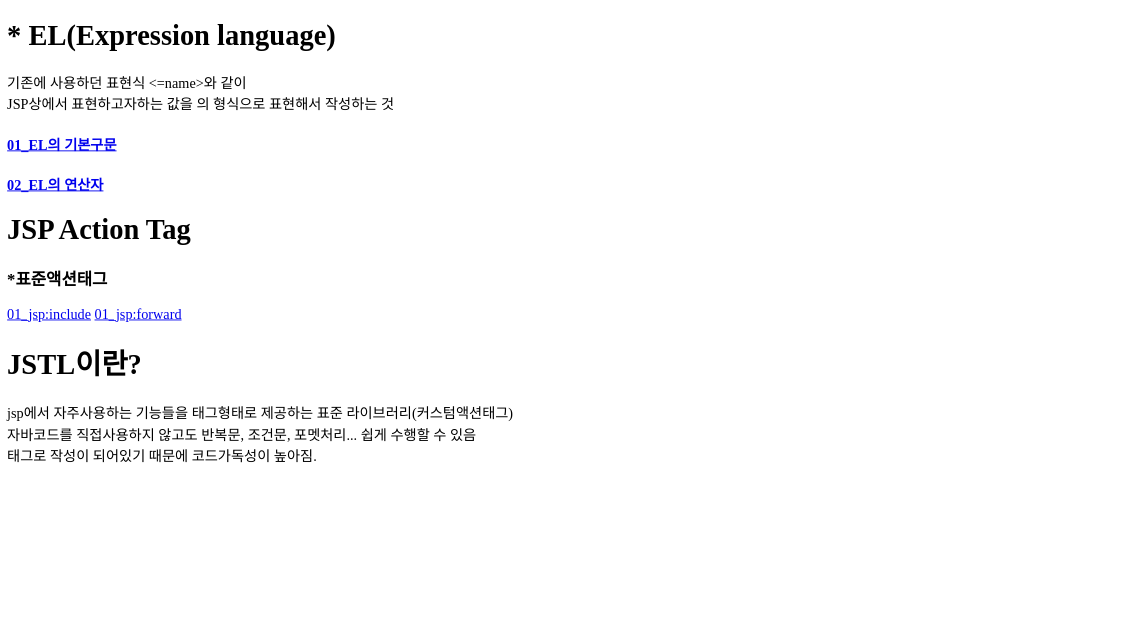
Repository: HwangInTae82/JSPProject
Page: http://localhost/elAction/
An editor plug-in stored every save of this project. The page is shown before and after the next save, followed by the edit.
The browser window is 1280 px wide. The pictures show the whole page, at 89% of full size.
The page is served by Tomcat 10. Other server files are loaded and not shown. The template is opened directly, without the code that normally fills it, so the values that code supplies are empty.

Above is the page before, as saved 2025-02-24 03:43:54.

### elAction/src/main/webapp/index.jsp
<%@ page language="java" contentType="text/html; charset=UTF-8"
    pageEncoding="UTF-8"%>
<!DOCTYPE html>
<html>
<head>
<meta charset="UTF-8">
<title>Insert title here</title>
</head>
<body>
    <h1>* EL(Expression language)</h1>

    <p>
        기존에 사용하던 표현식 &lt;=name&gt;와 같이 <br>
        JSP상에서 표현하고자하는 값을 ${name}의 형식으로 표현해서 작성하는 것
    </p>

    <h4><a href="el.do">01_EL의 기본구문</a></h4>
	<h4><a href="operation.do">02_EL의 연산자</a></h4>

    <h1>JSP Action Tag</h1>
    <%--
        *JSP를 이루는 구성
        1. 스크립팅 원소 : jsp페이지내에서 자바코드를 사용할 수 있는 기술
        ex) 스크립틀릿, 표현식...

        2. 지시어 : jsp페이지 정보에대한 내용을 표현한다거나 또 다른페이지를 포함할때 사용하던
                  jsp기능을 확장시키는 라이브러리를 등록할 때 사용

        3. 액션태그 : jsp페이지에서 어떤 동작을 하도록 지시하는 태그
                     xml기술을 이용하여 기존의 jsp문법을 확장하는 기술을 제공하는 태그
            >> 표준액션태그 : jsp페이지에서 바로 사용이 가능(별도의 연동이 필요x)
                    -> 모든 태그명 앞에 jsp: 접두어를 붙여서 사용 <jsp:태그명>
            >> 커스텀액션태그 : jsp페이지에 바로사용 불가능(별도의 라이브러리 연동이 필요)
                    -> 접두어에 jsp:이 아닌 모든 액션태그(가장많이 사용하는 라이브러리 jstl)
    --%>

    <h3>*표준액션태그</h3>
    <a href="views/2_standard_action_tag/01_include.jsp">01_jsp:include</a>
    <a href="views/2_standard_action_tag/02_forward.jsp">01_jsp:forward</a>

    <h1>JSTL이란?</h1>
    <p>
        jsp에서 자주사용하는 기능들을 태그형태로 제공하는 표준 라이브러리(커스텀액션태그) <br>
        자바코드를 직접사용하지 않고도 반복문, 조건문, 포멧처리... 쉽게 수행할 수 있음 <br>
        태그로 작성이 되어있기 때문에 코드가독성이 높아짐.
    </p>
</body>
</html>

After the next save:
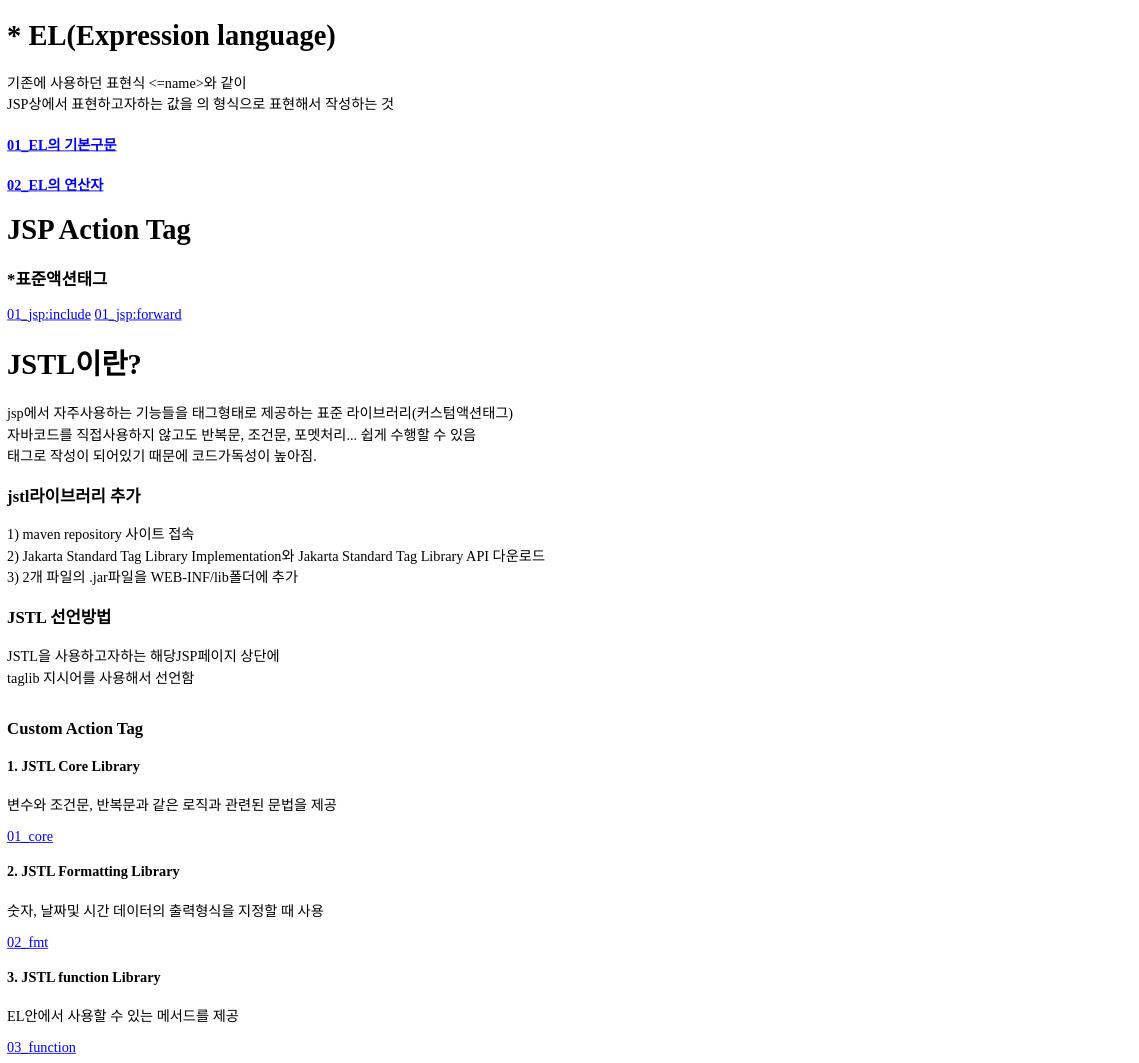
Saved 86 min 49 s later.
--- a/elAction/src/main/webapp/index.jsp
+++ b/elAction/src/main/webapp/index.jsp
@@ -44,5 +44,31 @@
         자바코드를 직접사용하지 않고도 반복문, 조건문, 포멧처리... 쉽게 수행할 수 있음 <br>
         태그로 작성이 되어있기 때문에 코드가독성이 높아짐.
     </p>
+
+    <h3>jstl라이브러리 추가</h3>
+    1) maven repository 사이트 접속 <br>
+    2) Jakarta Standard Tag Library Implementation와 Jakarta Standard Tag Library API 다운로드 <br>
+    3) 2개 파일의 .jar파일을 WEB-INF/lib폴더에 추가
+
+    <h3>JSTL 선언방법</h3>
+    <p>
+        JSTL을 사용하고자하는 해당JSP페이지 상단에 <br>
+        taglib 지시어를 사용해서 선언함 <br><br>
+
+        <%-- <%@ taglib prefix="접두어" uri="라이브러리파일상의 uri주소" %> --%>
+    </p>
+
+    <h3>Custom Action Tag</h3>
+    <h4>1. JSTL Core Library</h4>
+    <p>변수와 조건문, 반복문과 같은 로직과 관련된 문법을 제공</p>
+    <a href="views/3_custom-action-tag/01_core.jsp">01_core</a>
+
+    <h4>2. JSTL Formatting Library</h4>
+    <p>숫자, 날짜및 시간 데이터의 출력형식을 지정할 때 사용</p>
+    <a href="views/3_custom-action-tag/02_fmt.jsp">02_fmt</a>
+
+    <h4>3. JSTL function Library</h4>
+    <p>EL안에서 사용할 수 있는 메서드를 제공</p>
+    <a href="views/3_custom-action-tag/03_function.jsp">03_function</a>
 </body>
 </html>
